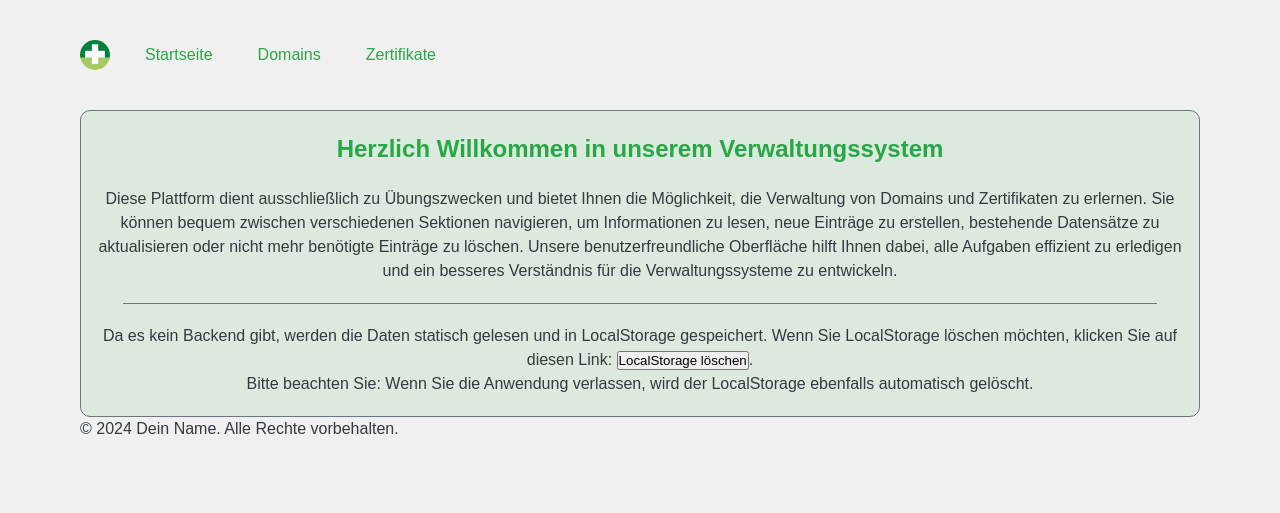
Repository: bajricadmir/verwaltungssystem-vanilla-html-css
Page: index.html
The author's editor kept a copy of each file at every save. The page is drawn from the files as they stood at one save, then again after the next save.
The browser window is 1280 px wide. The pictures show the whole page.

Above is the page before, as saved 2024-10-14 11:24:43.

### index.html
<!DOCTYPE html>
<html lang="en">
  <head>
    <meta charset="UTF-8" />
    <meta name="viewport" content="width=device-width, initial-scale=1.0" />
    <link
      rel="shortcut icon"
      href="./assets/images/favicon.ico"
      type="image/x-icon"
    />
    <link rel="stylesheet" href="style.css" />
    <title>Verwaltungssystem</title>
  </head>
  <body>
    <header class="header">
      <nav class="navigation">
        <img src="./assets/images/favicon.ico" alt="Logo" class="logo" />

        <ul class="nav-list">
          <li class="nav-item">
            <a class="nav-link" href="#home">Startseite</a>
          </li>
          <li class="nav-item">
            <a class="nav-link" href="#about">Domains</a>
          </li>
          <li class="nav-item">
            <a class="nav-link" href="#contact">Zertifikate</a>
          </li>
        </ul>
      </nav>
    </header>

    <main class="main-content">
      <section>
        <h1 class="alert-heading">
          Herzlich Willkommen in unserem Verwaltungssystem
        </h1>
        <p class="content-paragraph">
          Diese Plattform dient ausschließlich zu Übungszwecken und bietet Ihnen
          die Möglichkeit, die Verwaltung von Domains und Zertifikaten zu
          erlernen. Sie können bequem zwischen verschiedenen Sektionen
          navigieren, um Informationen zu lesen, neue Einträge zu erstellen,
          bestehende Datensätze zu aktualisieren oder nicht mehr benötigte
          Einträge zu löschen. Unsere benutzerfreundliche Oberfläche hilft Ihnen
          dabei, alle Aufgaben effizient zu erledigen und ein besseres
          Verständnis für die Verwaltungssysteme zu entwickeln.
        </p>
      </section>
      <div class="divider"></div>
      <section>
        <p class="content-paragraph">
          Da es kein Backend gibt, werden die Daten statisch gelesen und in
          LocalStorage gespeichert. Wenn Sie LocalStorage löschen möchten,
          klicken Sie auf diesen Link:
          <button type="button" class="btn">LocalStorage löschen</button>.<br />
          Bitte beachten Sie: Wenn Sie die Anwendung verlassen, wird der
          LocalStorage ebenfalls automatisch gelöscht.
        </p>
      </section>
    </main>

    <footer>
      <p>&copy; 2024 Dein Name. Alle Rechte vorbehalten.</p>
    </footer>
  </body>
</html>

### style.css
:root {
  --primary-color: #007bff;
  --secondary-color: #6c757d;
  --success-color: #28a745;
  --success-color-hover: #218838;
  --success-color-bgc: #d4edda;
  --danger-color: #dc3545;
  --warning-color: #ffc107;
  --info-color: #17a2b8;
  --light-color: #f8f9fa;
  --dark-color: #343a40;

  --font-size-base: 16px;
  --font-family-base: "Arial", sans-serif;
  --background-color: #f0f0f0;
}

* {
  margin: 0;
  padding: 0;
  box-sizing: border-box;
}

html,
body {
  height: 100%;
  font-family: var(--font-family-base);
  line-height: 1.5;
}

body {
  padding: 40px 80px;
  background-color: var(--background-color);
  color: var(--dark-color);
}

ul {
  list-style: none;
}

a {
  text-decoration: none;
  color: inherit;
}

button {
  cursor: pointer;
}

table {
  border-collapse: collapse;
  width: 100%;
}

.navigation {
  display: flex;
  align-items: center;
}

.logo {
  width: 30px;
  height: 30px;
  border-radius: 50%;
  margin-right: 20px;
}

.nav-list {
  display: flex;
  align-items: center;
}

.nav-item {
  margin-right: 15px;
}

.nav-item:last-child {
  margin-right: 0;
}

.nav-item a {
  color: var(--success-color);
  transition: color 0.3s ease;
  padding: 10px 15px;
  border-radius: 5px;
}

.nav-item a:hover {
  color: var(--success-color-hover);
  background-color: rgba(40, 167, 69, 0.1);
}

.main-content {
  display: flex;
  flex-direction: column;
  align-items: center;
  margin-top: 40px;
  background-color: rgba(40, 167, 69, 0.1);
  padding: 20px 15px;
  border: 0.1px solid var(--secondary-color);
  border-radius: 10px;
}

.alert-heading {
  color: var(--success-color);
  padding-bottom: 20px;
}

section {
  text-align: center;
}

.divider {
  width: 95%;
  height: 1px;
  background-color: var(--secondary-color);
  margin: 20px 0;
}

After the next save:
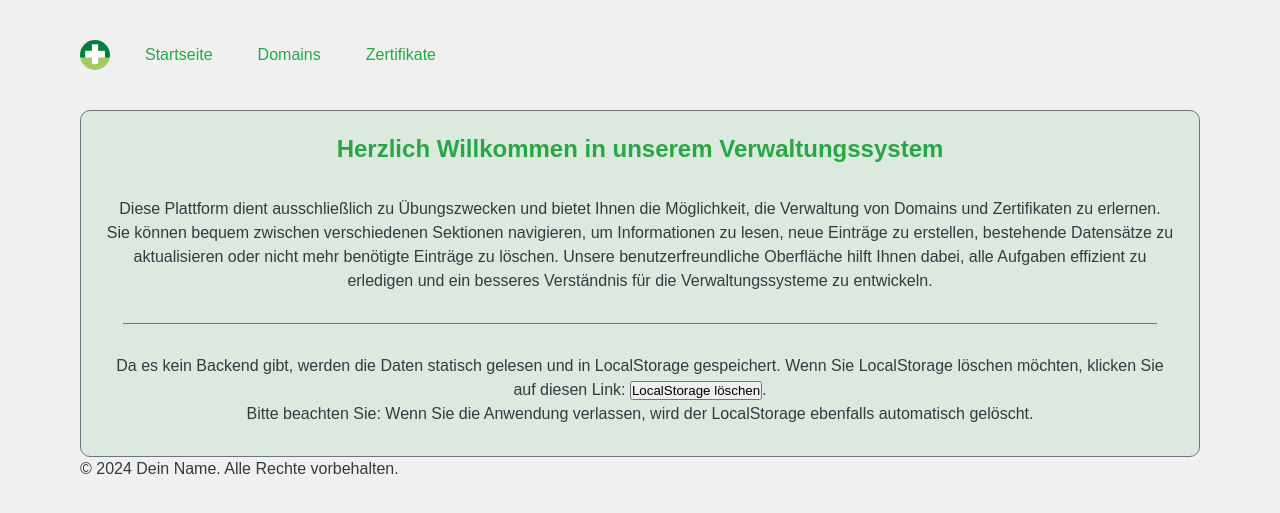
Saved 41 s later.
--- a/style.css
+++ b/style.css
@@ -105,6 +105,10 @@ table {
   padding-bottom: 20px;
 }
 
+.content-paragraph {
+  padding: 10px;
+}
+
 section {
   text-align: center;
 }
